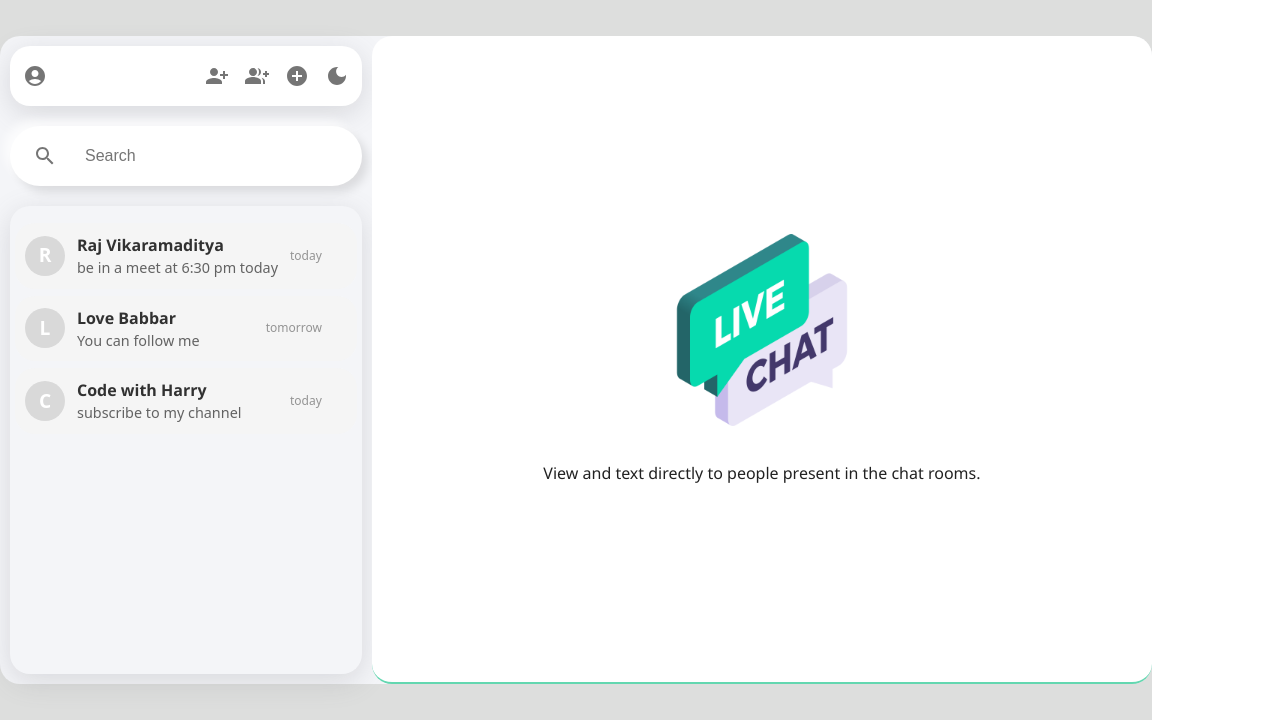
Repository: rahul-chakradhari/chat_app
Page: /app/welcome
An editor plug-in stored every save of this project. The page is shown before and after the next save, followed by the edit.
The browser window is 1280 px wide. The pictures show the whole page.
The project was rebuilt for these pictures with package versions that can differ from the ones it lists, and the page was loaded fresh each time. Also part of the build but not shown: vite.config.js, src/components/Login.jsx, src/components/Messagebyme.jsx, src/components/Messagebyothers.jsx, src/components/Chatarea.jsx, src/components/Creategroups.jsx, src/components/Users.jsx, src/components/Groups.jsx.

Above is the page before, as saved 2025-03-02 14:16:43.

### index.html
<!DOCTYPE html>
<html lang="en">
  <head>
    <meta charset="UTF-8" />
    <link rel="icon" href="./live-chat.png" />

    <meta name="viewport" content="width=device-width, initial-scale=1.0" />
    <title>Vite + React</title>
  </head>
  <body>
    <div id="root"></div>
    <script type="module" src="/src/main.jsx"></script>
  </body>
</html>

### src/App.jsx
import { Route, Routes } from "react-router-dom";
import "./App.css";
import Login from "./components/Login";
import Maincontainer from "./components/Maincontainer";
import Welcome from "./components/Welcome";
import Chatarea from "./components/Chatarea";
import Users from "./components/Users";
import Creategroups from "./components/Creategroups";
import Groups from "./components/Groups";

function App() {
  return (
    <div className="App">
      <Routes>
        <Route path="/" element={<Login />} />
        <Route path="app" element={<Maincontainer />}>
          <Route path="welcome" element={<Welcome />} />
          <Route path="chat" element={<Chatarea />} />
          <Route path="users" element={<Users />} />
          <Route path="groups" element={<Groups />} />

          <Route path="creategroups" element={<Creategroups />} />
        </Route>
      </Routes>
    </div>
  );
}

export default App;

### src/App.css
* {
  margin: 0;
}
.App {
  background-color: #dddedd;
  min-height: 100vh;
  display: flex;
  justify-content: center;
  align-items: center;
}

### src/components/Maincontainer.jsx
import "./Mystyles.css";
import Sidebar from "./Sidebar";
import Chatarea from "./Chatarea";
import Welcome from "./Welcome";
import Creategroups from "./Creategroups";
import Users from "./Users";
import { Outlet } from "react-router-dom";

const Maincontainer = () => {
  return (
    <div className="main">
      <Sidebar />
      <Outlet />
      {/*<Creategroups />*/}
      {/*<Welcome />*/}
      {/*<Chatarea />*/}
      {/*<Users />*/}
    </div>
  );
};

export default Maincontainer;

### src/components/Welcome.jsx
import logo from "./images/live-chat.png";
const Welcome = () => {
  return (
    <div className="welcome">
      <img src={logo} alt="" className="logo" />
      <p>View and text directly to people present in the chat rooms.</p>
    </div>
  );
};

export default Welcome;

### src/components/Mystyles.css
.main {
  background-color: #f4f5f8;
  height: 90vh;
  width: 90vw;
  display: flex;
  border-radius: 20px;
}
.side {
  flex: 0.3;
  display: flex;
  flex-direction: column;
}
.chat {
  background-color: aliceblue;
  flex: 0.7;
}
.headers {
  background-color: white;
  border-radius: 20px;
  padding: 10px 5px;
  margin: 10px;
  display: flex;
  justify-content: space-between;
  box-shadow: rgba(100, 100, 111, 0.2) 0px 7px 29px 0px;
}
.search {
  background-color: white;
  border-radius: 20px;
  padding: 10px 10px;
  margin: 10px;
  display: flex;
  align-items: center;
  box-shadow: rgba(100, 100, 111, 0.2) 0px 7px 29px 0px;
}
.box {
  outline-width: 0;
  border: none;
  font-size: 1.25rem;
  margin-left: 10px;
}
.conver {
  background-color: white;
  border-radius: 20px;
  padding: 10px 5px;
  margin: 10px;
  flex: 1;
}
.conversation {
  border-radius: 20px;
  margin: 10px 5px;
  flex: 1;
  margin-right: 10px;
  margin-left: 10px;
  padding: 10px 5px;
  box-shadow: rgba(100, 100, 111, 0.2) 0px 7px 29px 0px;
}
.conversationitem,
.listtem {
  display: flex;
  align-items: center; /* Items ko vertical center align karega */
  gap: 12px; /* Icon aur text ke beech gap */
  padding: 10px;
  margin: 3px;
  transition-duration: 0.5s;
  margin-left: 0px;
  border-radius: 20px;
  margin-right: auto;
  margin-top: 7px;
  background-color: #f5f5f5; /* Light background */
  width: 100%;
  width: calc(100% - 20px);
  overflow: hidden; /* Extra content hide */
  white-space: nowrap; /* Ek hi line me rahe */
  text-overflow: ellipsis; /* Overflow hone par "..." dikhe */
}
.conversationitem {
  cursor: pointer;
}
.conversationitem:hover {
  background-color: #d9d9d9;
}
.conversationitem:active {
  background-color: white;
}
.conversationitem::-webkit-scrollbar {
  display: none;
}

.icon {
  display: flex;
  justify-content: center;
  align-items: center;
  background-color: #d9d9d9;
  font-size: 1.2rem;
  font-weight: bold;
  color: white;
  height: 40px;
  width: 40px;
  border-radius: 50%;
  flex-shrink: 0; /* Icon ka size maintain rahega */
}

.conversation-text {
  display: flex;
  flex-direction: column;
  flex-grow: 1; /* Ye ensure karega ki text area full width le */
}

.title {
  font-weight: bold;
  font-size: 1rem;
  color: rgba(0, 0, 0, 0.8);
  font-family: "Segoe UI", Tahoma, Geneva, Verdana, sans-serif;
}

.message {
  font-size: 0.9rem;
  color: rgba(0, 0, 0, 0.6);
}

.time {
  margin-right: 25px;
  font-size: 0.75rem;
  color: rgba(0, 0, 0, 0.4);
  flex-shrink: 0; /* Time ka size fix rahe */
}
.chat {
  display: flex;
  flex-direction: column;
  flex: 0.7;
}
.chattingwith {
  background-color: green;
}
.mess {
  background-color: aquamarine;
  flex-grow: 1;
  box-shadow: rgba(100, 100, 111, 0.2) 0px 7px 29px 0px;
}
.inputbox {
  background-color: green;
  box-shadow: rgba(100, 100, 111, 0.2) 0px 7px 29px 0px;
}
.trash {
  color: black;
}
.chat {
  display: flex;
  flex-direction: column;
  flex: 0.7;
  overflow: visible;
  background: #f8f9fa; /* Light grey */
}

.chat-header {
  position: relative;
  display: flex;
  justify-content: space-between;
  align-items: center;
  padding: 10px;
  margin-top: 4px;
  border-radius: 20px;
  background: white;
  border-bottom: 1px solid #ddd;
  box-shadow: rgba(50, 50, 93, 0.25) 0px 6px 12px -2px,
    rgba(0, 0, 0, 0.3) 0px 3px 7px -3px;
}
.avatar {
  border-color: #d9d9d9;
  color: white;
}
.chat-info {
  display: flex;
  align-items: center;
}

.chat-info .avatar {
  width: 40px;
  height: 40px;
  border-radius: 50%;
  background: #bbb;
  display: flex;
  justify-content: center;
  align-items: center;
  font-weight: bold;
  margin-right: 10px;
}

.trash {
  color: black;
}

.mess {
  flex-grow: 1;
  padding: 20px;
  background: #f5f5f5;
  border-radius: 20px;
}

.inputbox {
  padding: 10px;
  border-top: 1px solid #ddd;
  background: white;
  border-radius: 20px;
  margin-bottom: 6px;
}

.inputbox input {
  width: 100%;
  padding: 8px;
  border: none;
  outline: none;
}
.name-time {
  display: flex;
  flex-direction: column;
  align-items: flex-start; /* Left-align text properly */
}

.niche {
  font-size: 12px;
  color: gray;
  margin: 2px 0 0 3px;
  margin-top: 2px;
  margin-right: 12px;
  /* 👈 Adjust left margin properly */
  padding-right: 42px; /* 🔹 Slight padding for spacing */
}
.inputbox {
  display: flex;
  justify-content: center;
}
.othertextcontent,
.con-icon {
  width: 200px; /* Box ka width */
  height: auto; /* Height content ke according adjust hogi */
  font-size: 16px; /* Text size change karne ke liye */
  padding: 10px; /* Text aur border ke beech space ke liye */
  background-color: aquamarine; /* Light gray background */
  border-radius: 10px; /* Rounded corners */
  margin-left: 750px;
}
.othertextcontent {
  border-color: #f5f5f5;
}
.selfmessagecontainer {
  width: 200px; /* Box ka width */
  height: auto; /* Height content ke according adjust hogi */
  font-size: 16px; /* Text size change karne ke liye */
  padding: 10px; /* Text aur border ke beech space ke liye */
  background-color: lightsalmon; /* Light gray background */
  border-radius: 10px; /* Rounded corners */
}
.mess {
  height: 500px;
  overflow-y: auto;
  display: flex;
  flex-direction: column;
}
.mess::-webkit-scrollbar {
  display: none;
}

.welcome {
  min-height: 89vh;
  flex: 0.7;
  display: flex;
  flex-direction: column;
  justify-content: center;
  align-items: center;
  gap: 25px;
  font-family: "Segoe UI", Tahoma, Geneva, Verdana, sans-serif;
  color: rgba(0, 0, 0, 0.87);
  border-bottom: 2px solid #63d7b0;
  background-color: #ffffff;
  border-radius: 20px;
}

.logo {
  height: 15vw;
  margin-bottom: 10px;
}
.group {
  flex: 0.7;
  align-self: center;
  padding: 20px 10px;
  margin: 10px;
  background-color: white;
  border-radius: 20px;
  display: flex;
  justify-content: space-between;
}
.inputgroup {
  font-size: 18px;
  outline-width: 0;
  border: none;
}
.login {
  height: 90vh;
  width: 90vw;
  background-color: #f4f5f8;
  border-radius: 20px;
  display: flex;
}
.loginimage {
  flex: 0.3;
}
.loginbox {
  flex: 0.7;
  font-family: "Segoe UI", Tahoma, Geneva, Verdana, sans-serif;

  background-color: white;
  border-radius: 20px;
  margin: 10px;
  color: #63d7b0;
  font-weight: bolder;
  display: flex;
  justify-content: center;
  align-items: center;
  flex-direction: column;
  gap: 20px;
}
.loginlogo {
  height: 15vw;
  margin-top: 201px;
  margin-left: 75px;
}
.logintitle {
  font-size: 30px;
} /* Main List Container */
.list {
  padding: 20px;
  width: 100%;
}

/* Online Users Box */
.headerlist {
  display: flex;
  justify-content: center;
  margin-bottom: 10px;
}

.header-box {
  width: 100%; /* Adjust as needed */
  max-width: 1100px;
  background-color: white;
  border-radius: 20px;
  padding: 12px 18px;
  display: flex;
  align-items: center;
  gap: 10px;
  box-shadow: 6px 6px 10px rgba(0, 0, 0, 0.1),
    -6px -6px 10px rgba(255, 255, 255, 0.7);
}

.logo-img {
  width: 1.8rem;
  height: 1.8rem;
}

/* Search Box */
.search {
  background-color: white;
  border-radius: 30px;
  padding: 10px 15px;
  margin: 10px;
  display: flex;
  align-items: center;
  box-shadow: 6px 6px 10px rgba(0, 0, 0, 0.1),
    -6px -6px 10px rgba(255, 255, 255, 0.7);
}

.search .box {
  border: none;
  outline: none;
  font-size: 16px;
  flex: 1;
  padding-left: 10px;
}

/* User List */
.uglist {
  display: flex;
  flex-direction: column;
  gap: 10px;
  height: 500px; /* Fixed height for scroll */
  overflow-y: auto; /* Enable vertical scrolling */
}

.uglist::-webkit-scrollbar {
  display: none;
}
/* Individual User Item */
.listitem {
  display: flex;
  align-items: center;
  background-color: white;
  padding: 15px;
  border-radius: 20px;
  box-shadow: 6px 6px 10px rgba(0, 0, 0, 0.1),
    -6px -6px 10px rgba(255, 255, 255, 0.7);
  transition: transform 0.2s;
}

.listitem:hover {
  background-color: #968f8fc7;
}

.user-icon {
  background-color: gray;
  color: white;
  width: 40px;
  height: 40px;
  border-radius: 50%;
  display: flex;
  justify-content: center;
  align-items: center;
  font-size: 18px;
  font-weight: bold;
  margin-right: 15px;
}

.user-info {
  flex-grow: 1;
}

.username {
  font-weight: bold;
  font-size: 16px;
}

.last-message {
  font-size: 14px;
  color: gray;
}

.timestamp {
  font-size: 12px;
  color: gray;
}
.ugtitle {
  font-size: large;
  font-weight: 600;
  font-family: "Segoe UI", Tahoma, Geneva, Verdana, sans-serif;
}
.dark {
  background-color: #2d3941 !important;
  color: whitesmoke !important;
}
.headericons {
  width: 1.25em !important;
  height: 1.25em !important ;
}

### src/components/Sidebar.jsx
import { useState } from "react";
import AccountCircleIcon from "@mui/icons-material/AccountCircle";
import PersonAddAlt1Icon from "@mui/icons-material/PersonAddAlt1";
import GroupAddIcon from "@mui/icons-material/GroupAdd";
import AddCircleIcon from "@mui/icons-material/AddCircle";
import LightModeIcon from "@mui/icons-material/LightMode";
import DarkModeIcon from "@mui/icons-material/DarkMode";
import SearchIcon from "@mui/icons-material/Search";
import Conversationitem from "./Conversationitem";
import "./Mystyles.css";
import { IconButton } from "@mui/material";
import { useNavigate } from "react-router-dom";

const Sidebar = () => {
  const [lighttheme, setlightTheme] = useState(true);
  const [conversations, setConversations] = useState([
    {
      id: 1,
      name: "Raj Vikaramaditya",
      lastMessage: "be in a meet at 6:30 pm today",
      timeStamp: "today",
    },
    {
      id: 2,
      name: "Love Babbar",
      lastMessage: "You can follow me ",
      timeStamp: "tomorrow",
    },
    {
      id: 3,
      name: "Code with Harry",
      lastMessage: "subscribe to my channel",
      timeStamp: "today",
    },
  ]);
  const navigate = useNavigate();
  return (
    <div className="side">
      <div className={"headers " + (lighttheme ? "" : "dark")}>
        <div>
          <IconButton>
            <AccountCircleIcon />
          </IconButton>
        </div>
        <div>
          <IconButton>
            <PersonAddAlt1Icon
              onClick={() => {
                navigate("users");
              }}
            />
          </IconButton>
          <IconButton>
            <GroupAddIcon
              onClick={() => {
                navigate("groups");
              }}
            />
          </IconButton>
          <IconButton>
            <AddCircleIcon
              onClick={() => {
                navigate("creategroups");
              }}
            />
          </IconButton>
          <IconButton
            onClick={() => {
              setlightTheme((prevValue) => {
                return !prevValue;
              });
            }}
          >
            {lighttheme && <DarkModeIcon />}
            {!lighttheme && <LightModeIcon />}
          </IconButton>
        </div>
      </div>

      <div className="search">
        <IconButton>
          <SearchIcon />
        </IconButton>
        <input placeholder="Search" className="box" />
      </div>

      <div className="conversation">
        {conversations.map((conversation) => (
          <Conversationitem key={conversation.id} {...conversation} />
        ))}
      </div>
    </div>
  );
};

export default Sidebar;

### src/components/Conversationitem.jsx
import { useNavigate } from "react-router-dom";

const Conversationitem = (props) => {
  const navigate = useNavigate();

  return (
    <div
      className="conversationitem"
      onClick={() => {
        navigate("chat");
      }}
    >
      <p className="icon">{props.name[0]}</p>
      <div className="conversation-text">
        <p className="title">{props.name}</p>
        <p className="message">{props.lastMessage}</p>
      </div>
      <p className="time">{props.timeStamp}</p>
    </div>
  );
};

export default Conversationitem;

Loaded but not shown: src/main.jsx (common file); src/index.css (common file)

After the next save:
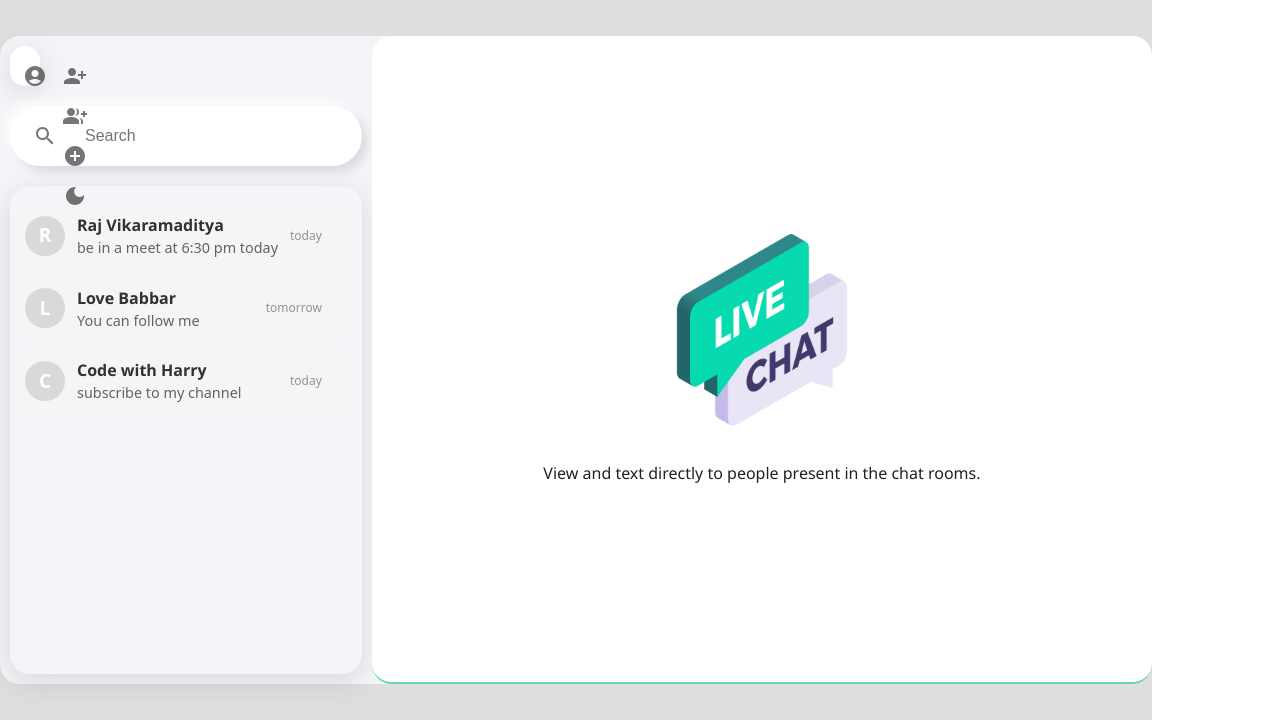
Saved 2 min 29 s later.
--- a/src/components/Sidebar.jsx
+++ b/src/components/Sidebar.jsx
@@ -36,7 +36,7 @@
   const navigate = useNavigate();
   return (
     <div className="side">
-      <div className={"headers " + (lighttheme ? "" : "dark")}>
+      <div className={`headers ${lighttheme ? "" : "dark"} headericons`}>
         <div>
           <IconButton>
             <AccountCircleIcon />

After the save that followed:
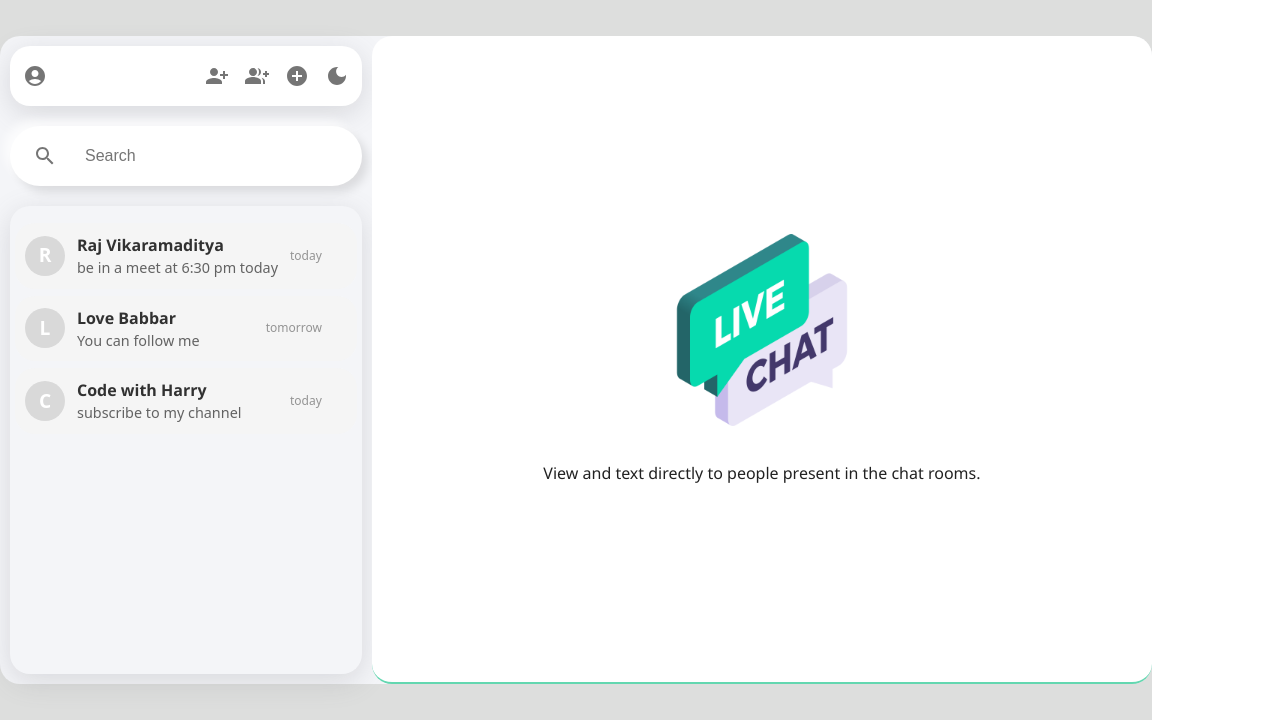
Saved 20 s later.
--- a/src/components/Sidebar.jsx
+++ b/src/components/Sidebar.jsx
@@ -36,7 +36,7 @@
   const navigate = useNavigate();
   return (
     <div className="side">
-      <div className={`headers ${lighttheme ? "" : "dark"} headericons`}>
+      <div className={"headers " + (lighttheme ? "" : "dark")}>
         <div>
           <IconButton>
             <AccountCircleIcon />
